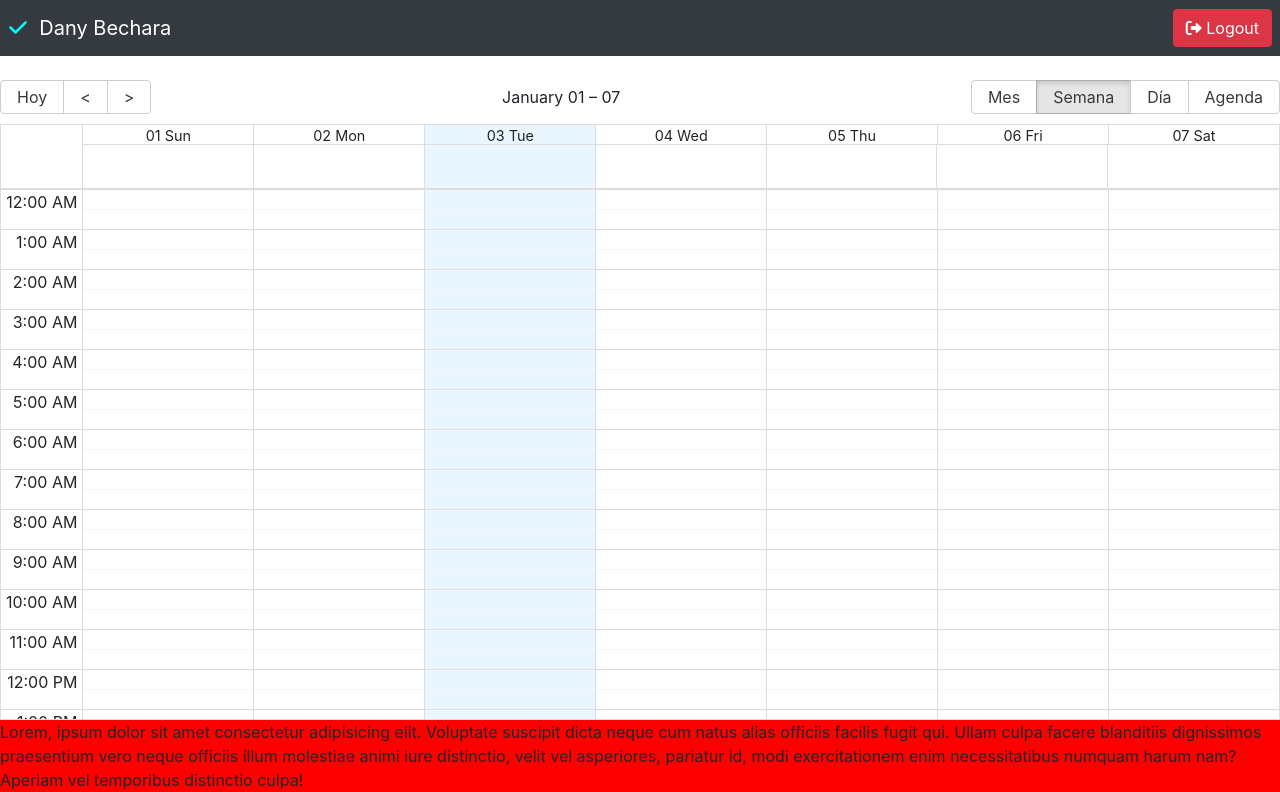
Repository: bechara611/calendar-frontend
Page: /
The author's editor kept a copy of each file at every save. The page is drawn from the files as they stood at one save, then again after the next save.
The browser window is 1280 px wide. The pictures show the whole page.
An inner scrolling area shows only its first screen. The project was rebuilt for these pictures with package versions that can differ from the ones it lists, and the page was loaded fresh each time. Also part of the build but not shown: vite.config.js. Imported but missing from the stored project, and not drawn on this page: src/auth.

Above is the page before, as saved 2023-01-04 19:19:14.

After the next save:
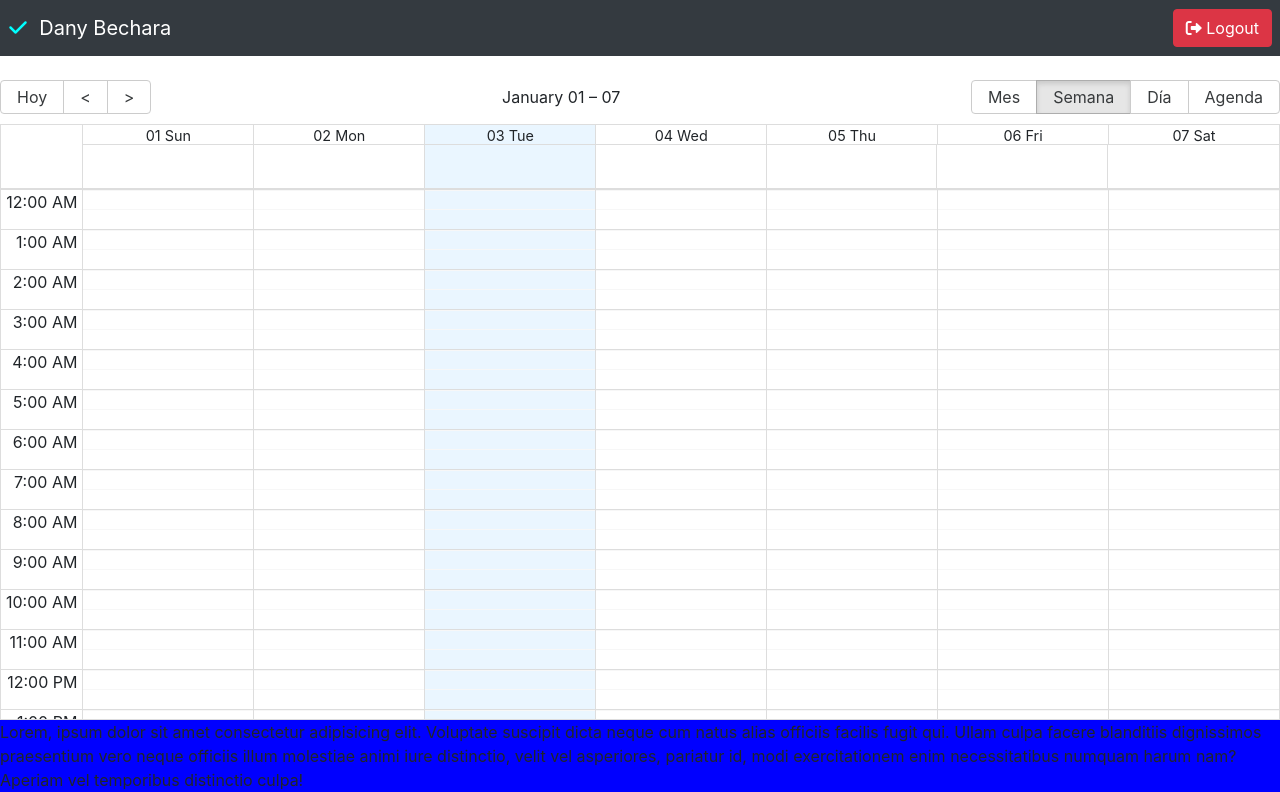
Saved 27 s later.
--- a/src/styles.css
+++ b/src/styles.css
@@ -1,3 +1,3 @@
 :root {
-    --main-bg-colorRed: red;
+    --main-bg-colorRed: blue;
   }
